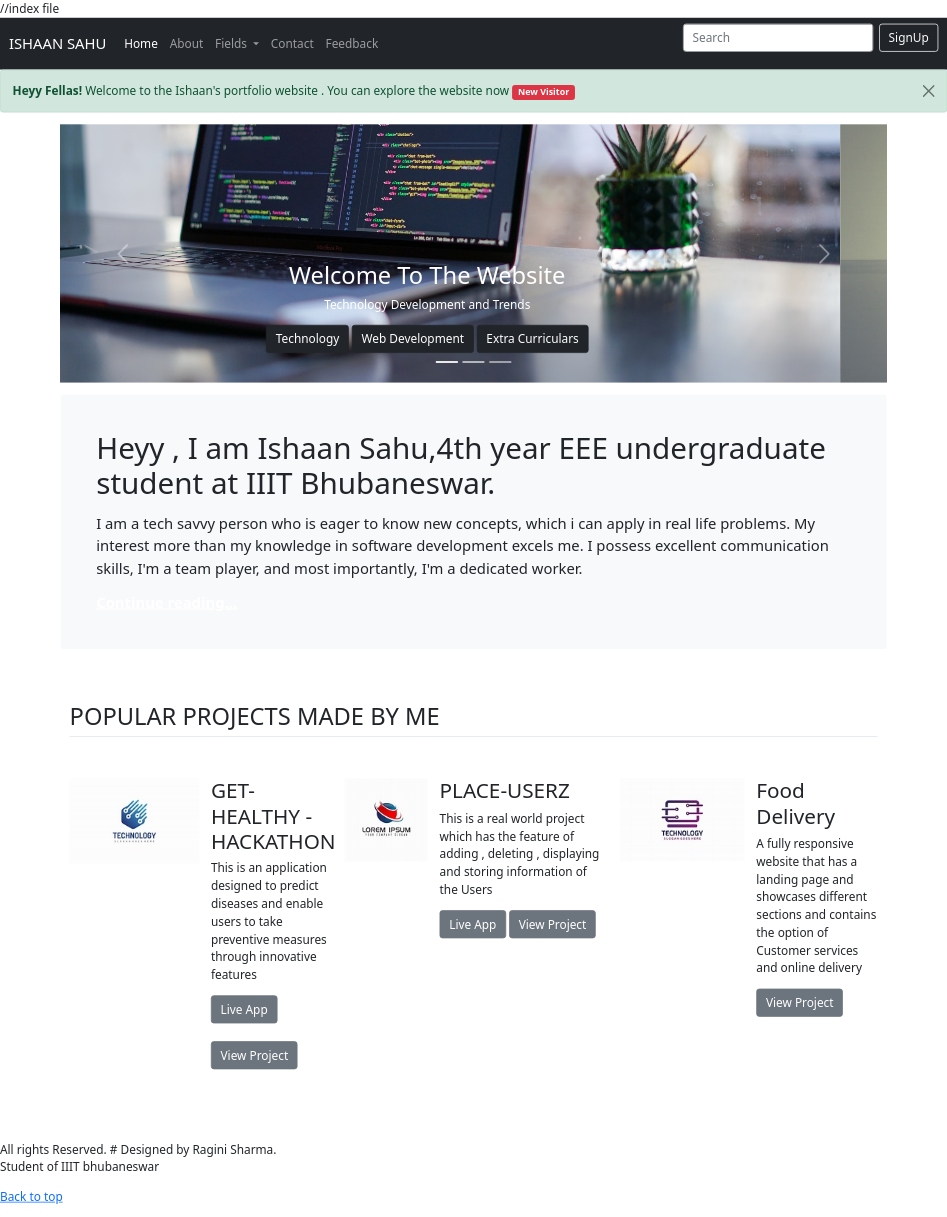
Repository: ishaan51551/Ishaan-s-Portfolio-
Page: index.html
An editor plug-in stored every save of this project. The page is shown before and after a run of saves, followed by the edit.
The browser window is 1280 px wide. The pictures show the whole page, at 74% of full size.

Above is the page before, as saved 2023-09-13 01:35:57.

### index.html
//index file

</body>

</html>

<!doctype html>
<html lang="en">

<head>
  <!-- Required meta tags -->
  <meta charset="utf-8">
  <meta name="viewport" content="width=device-width, initial-scale=1">

  <!-- Bootstrap CSS -->
  <link href="https://cdn.jsdelivr.net/npm/bootstrap@5.1.1/dist/css/bootstrap.min.css" rel="stylesheet"
    integrity="sha384-F3w7mX95PdgyTmZZMECAngseQB83DfGTowi0iMjiWaeVhAn4FJkqJByhZMI3AhiU" crossorigin="anonymous">

  <title>Ishaan Sahu Portfolio</title>
</head>

<body>
  <!-- FOR NAVBAR -->
  <nav class="navbar navbar-expand-lg navbar-dark bg-dark">
    <div class="container-fluid">
      <a class="navbar-brand" href="#">ISHAAN SAHU </a>
      <button class="navbar-toggler" type="button" data-bs-toggle="collapse" data-bs-target="#navbarSupportedContent"
        aria-controls="navbarSupportedContent" aria-expanded="false" aria-label="Toggle navigation">
        <span class="navbar-toggler-icon"></span>
      </button>
      <div class="collapse navbar-collapse" id="navbarSupportedContent">
        <ul class="navbar-nav me-auto mb-2 mb-lg-0">
          <li class="nav-item">
            <a class="nav-link active" aria-current="page" href="#">Home</a>
          </li>
          <li class="nav-item">
            <a class="nav-link" href="/about.html">About</a>
          </li>
          <li class="nav-item dropdown">
            <a class="nav-link dropdown-toggle" href="#" id="navbarDropdown" role="button" data-bs-toggle="dropdown"
              aria-expanded="false">
              Fields
            </a>
            <ul class="dropdown-menu" aria-labelledby="navbarDropdown">
              <li><a class="dropdown-item" href="programming.html">Programming</a></li>
              <li><a class="dropdown-item" href="webdev.html">Web Devlopment</a></li>
              <li>
                <hr class="dropdown-divider">
              </li>
              <li><a class="dropdown-item" href="extracurricular.html">Extra Curricular</a></li>
            </ul>
          </li>
          <li class="nav-item">
            <a class="nav-link " aria-current="page" href="contact.html">Contact</a>
          </li>

          <li class="nav-item">
            <a class="nav-link" href="feedback.html">Feedback</a>

          </li>

        </ul>
        <form class="d-flex">
          <input class="form-control me-2" type="search" placeholder="Search" aria-label="Search">
          <button class="btn btn-outline-light" type="submit" data-bs-toggle="modal"
            data-bs-target="#SignUpModal">SignUp</button>


        </form>
      </div>
    </div>
  </nav>





  <!-- Optional JavaScript; choose one of the two! -->

  <!-- Option 1: Bootstrap Bundle with Popper -->
  <script src="https://cdn.jsdelivr.net/npm/bootstrap@5.1.1/dist/js/bootstrap.bundle.min.js"
    integrity="sha384-/bQdsTh/da6pkI1MST/rWKFNjaCP5gBSY4sEBT38Q/9RBh9AH40zEOg7Hlq2THRZ"
    crossorigin="anonymous"></script>

  <!-- Option 2: Separate Popper and Bootstrap JS -->
  <!--
    <script src="https://cdn.jsdelivr.net/npm/@popperjs/core@2.9.3/dist/umd/popper.min.js" integrity="sha384-W8fXfP3gkOKtndU4JGtKDvXbO53Wy8SZCQHczT5FMiiqmQfUpWbYdTil/SxwZgAN" crossorigin="anonymous"></script>
    <script src="https://cdn.jsdelivr.net/npm/bootstrap@5.1.1/dist/js/bootstrap.min.js" integrity="sha384-skAcpIdS7UcVUC05LJ9Dxay8AXcDYfBJqt1CJ85S/CFujBsIzCIv+l9liuYLaMQ/" crossorigin="anonymous"></script>
    -->


  <!-- Button trigger modal -->
  <!-- <button type="button" class="btn btn-primary" data-bs-toggle="modal" data-bs-target="#signUp Modal">
    Launch demo modal
  </button>  -->





  <!-- FOR DISMISSING ALERT  -->
  <div class="alert alert-success alert-dismissible fade show" role="alert">
    <strong>Heyy Fellas!</strong> Welcome to the Ishaan's portfolio website . You can explore the website now
    <!--for including badge--><span class="badge bg-danger">New Visitor</span>
    <button type="button" class="btn-close" data-bs-dismiss="alert" aria-label="Close"></button>
  </div>


  <!-- FOR BACKGROUND SLIDER PICTURE -->
  <div class="container my-2">
    <div id="carouselExampleCaptions" class="carousel slide carousal-fade" data-bs-ride="carousel">
      <div class="carousel-indicators">
        <button type="button" data-bs-target="#carouselExampleCaptions" data-bs-slide-to="0" class="active"
          aria-current="true" aria-label="Slide 1"></button>
        <button type="button" data-bs-target="#carouselExampleCaptions" data-bs-slide-to="1"
          aria-label="Slide 2"></button>
        <button type="button" data-bs-target="#carouselExampleCaptions" data-bs-slide-to="2"
          aria-label="Slide 3"></button>
      </div>
      <div class="carousel-inner">
        <div class="carousel-item active">
          <img src="2.jpg" class="d-block w-100" alt="...">
          <div class="carousel-caption d-none d-md-block">
            <h2>Welcome To The Website</h2>
            <p>Technology Development and Trends</p>
            <button class="btn btn-dark">Technology</button>
            <button class="btn btn-dark">Web Development</button>
            <button class="btn btn-dark">Extra Curriculars</button>
          </div>
        </div>
        <div class="carousel-item">
          <img src="1.jpg" class="d-block w-100" alt="...">
          <div class="carousel-caption d-none d-md-block">
            <h2>Explore More On The Website</h2>
            <p>Technology Development and Trends</p>
            <button class="btn btn-dark">Programming</button>
            <button class="btn btn-dark">Web Development</button>
            <button class="btn btn-dark">Extra Curriculars</button>
          </div>
        </div>
        <div class="carousel-item">
          <img src="3.jpg" class="d-block w-100" alt="...">
          <div class="carousel-caption d-none d-md-block">
            <h2>Know More About Ishaan</h2>
            <p>Technology Development and Trends</p>
            <button class="btn btn-dark">Technology</button>
            <button class="btn btn-dark">Web Development</button>
            <button class="btn btn-dark">Extra Curriculars</button>
          </div>
        </div>
      </div>
      <button class="carousel-control-prev" type="button" data-bs-target="#carouselExampleCaptions"
        data-bs-slide="prev">
        <span class="carousel-control-prev-icon" aria-hidden="true"></span>
        <span class="visually-hidden">Previous</span>
      </button>
      <button class="carousel-control-next" type="button" data-bs-target="#carouselExampleCaptions"
        data-bs-slide="next">
        <span class="carousel-control-next-icon" aria-hidden="true"></span>
        <span class="visually-hidden">Next</span>
      </button>
    </div>
  </div>


  <!-- TEXT WRITTEN -->
  <div class="container my-3 ml-auto mr-auto mx-auto">
    <div class="p-4 p-md-5 mb-4 text-dark rounded bg-light">
      <div class="col-md-0 px-0">
        <h1 class="display-8 ">Heyy , I am Ishaan Sahu,4th year EEE undergraduate student at IIIT Bhubaneswar.</h1>
        <p class="lead my-3">I am a tech savvy person who is eager to
          know new concepts, which i can apply in
          real life problems. My interest more than
          my knowledge in software development
          excels me. I possess excellent communication skills, I'm a team player, and most importantly, I'm a dedicated
          worker.</p>
        <p class="lead mb-0"><a href="#" class="text-white fw-bold">Continue reading...</a></p>
      </div>
    </div>
  </div>



  <!-- PROJECTS -->

  <div class="container px-4 py-5" id="hanging-icons">
    <h2 class="pb-2 border-bottom"> POPULAR PROJECTS MADE BY ME </h2>
    <div class="row g-4 py-5 row-cols-1 row-cols-lg-3">
      <div class="col d-flex align-items-start">
        <div class="icon-square bg-light text-dark flex-shrink-0 me-3">
          <img src="bg1.jfif" href="#">

        </div>
        <div>
          <h3>GET-HEALTHY - HACKATHON </h3>
          <p>This is an application designed to predict diseases and enable users to take preventive measures through
            innovative features</p>
          <a href="https://main--jolly-bublanina-f06289.netlify.app" class="btn btn-secondary">
            Live App
          </a>
          <br>
          <br>
          <a href="https://github.com/ishaan51551/Get-Healthy.git" class="btn btn-secondary">
            View Project
          </a>
        </div>
      </div>
      <div class="col d-flex align-items-start">
        <div class="icon-square bg-light text-dark flex-shrink-0 me-3">
          <img src="bg3.jfif" href="#">
        </div>
        <div>
          <h3>PLACE-USERZ</h3>
          <p>This is a real world project which has the feature of adding , deleting , displaying and storing
            information of the Users</p>
          <a href="https://willowy-rabanadas-835b18.netlify.app" class="btn btn-secondary">
            Live App
          </a>
          <a href="https://github.com/ishaan51551/Place-Userz-App.git" class="btn btn-secondary">
            View Project
          </a>
        </div>
      </div>
      <div class="col d-flex align-items-start">
        <div class="icon-square bg-light text-dark flex-shrink-0 me-3">
          <img src="bg4.jfif" href="#">
        </div>
        <div>
          <h3>Food Delivery</h3>
          <p>A fully responsive website that has a landing page and showcases different sections and contains the option
            of Customer services and online delivery </p>
          <a href="https://ragini-sharma21.github.io/online-food-delivery-website/" class="btn btn-secondary">
            View Project
          </a>
        </div>
      </div>
    </div>
  </div>
  </div>

  <!-- FOOTER -->
  <footer class="blog-footer">
    <p>All rights Reserved. # Designed by Ragini Sharma.</br>
      Student of IIIT bhubaneswar</p>
    <p>
      <a href="#">Back to top</a>
    </p>
  </footer>
</body>

</html>

After the next 2 saves:
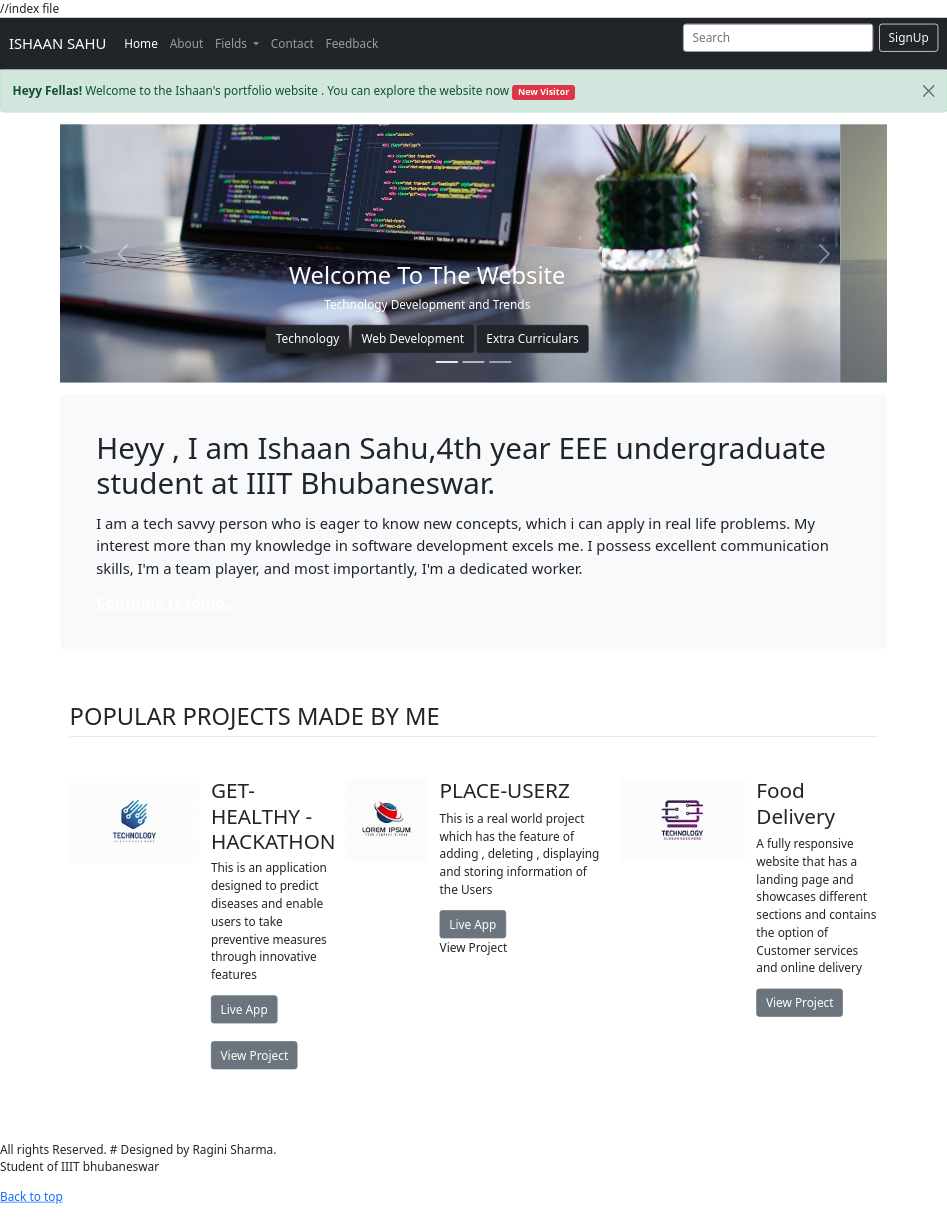
The 2 saves are shown as one change because they came seconds apart.
The last was saved 22 s later.
--- a/index.html
+++ b/index.html
@@ -216,6 +216,7 @@
           <a href="https://willowy-rabanadas-835b18.netlify.app" class="btn btn-secondary">
             Live App
           </a>
+          <br
           <a href="https://github.com/ishaan51551/Place-Userz-App.git" class="btn btn-secondary">
             View Project
           </a>
